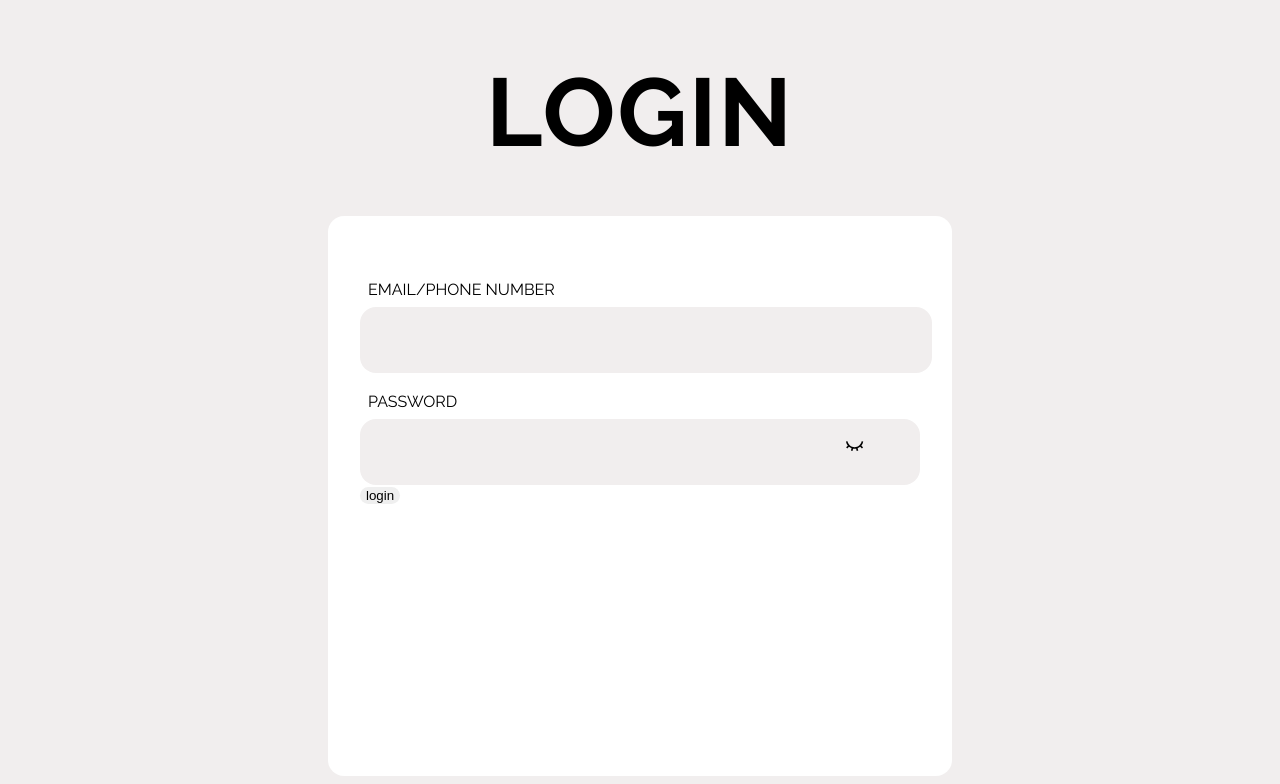
Repository: rehamtaher10/thirdReactTask
Page: /
These files come from the project's save history. The page is drawn as it stood at one moment and after the next save; the edit follows.
The browser window is 1280 px wide. The pictures show the whole page.
The project was rebuilt for these pictures with package versions that can differ from the ones it lists, and the page was loaded fresh each time. Also part of the build but not shown: vite.config.js, src/components/HomePage/Home.jsx, src/style/navBar.css, src/components/Navbar.jsx, src/components/Layout/Layout.jsx, src/components/AboutPage/About.jsx, src/style/contactUs.css, src/components/ContactUsPage/ContactUs.jsx and 2 more.

Above is the page before, as saved 2024-12-02 01:00:30.

### src/App.jsx
import React from "react";
import Home from "./components/HomePage/Home";
import { createBrowserRouter, RouterProvider } from "react-router-dom";
import Layout from "./components/Layout/Layout";
import About from "./components/AboutPage/About";
import ContactUs from "./components/ContactUsPage/ContactUs";
import Service from "./components/ServicePage/Service";
import LoginPage from "./components/loginPage/LoginPage"

export default function App() {
  const Routing = createBrowserRouter([
    { path: "", element: <LoginPage /> },
    {
      path: "home",
      element: <Layout />,
      // errorElement: <h1>404 Not Found</h1>,
      children: [
        { path: "", element: <Home /> },
        { path: "about", element: <About /> },
        { path: "service", element: <Service /> },
        {
          path: "contact",
          element: <ContactUs />,
          children: [
            { index: true, element: <h1>Contact us Form</h1> },
            { path: "location", element: <h1>Contact us Location</h1> },
            { path: "emails", element: <h1>Contact us Emails</h1> },
            { path: "phone-number", element: <h1>Phone Number</h1> },
          ],
        },
        { path: "*", element: <section>Not Found Page</section> },
      ],
    },
  ]);
  return <RouterProvider router={Routing} />;
}

### src/components/loginPage/LoginPage.jsx
import { Form, Formik } from "formik";
import React from "react";
import { useNavigate } from "react-router-dom";
import * as Yup from "yup";
import WrapperInput from "../wrapperInput/WrapperInput";
import "../../style/loginPage.css";
export default function LoginPage() {
  const navigate = useNavigate();

  const validationSchema = Yup.object({
    email: Yup.string()
      .email("Must Be Like E-mail Format")
      .required("E-mail is Requird"),
    password: Yup.string().min(7).max(15).required("Password is Requird"),
  });
  const initialValues = {
    email: "",
    password: "",
  };
  const onSubmit = (values) => {
    console.log(values);
    navigate("/home");
  };

  return (
    <div className="loginComponent">
      <h1>Login</h1>
      <Formik
        initialValues={initialValues}
        onSubmit={onSubmit}
        validationSchema={validationSchema}
      >
        <Form>

          <WrapperInput name={"email"} label="Email/PHONE NUMBER" isDefault />
          <br/>
          <WrapperInput name={"password"}  label="PASSWORD" isPassword />
          <button type="submit">login</button>
        </Form>
      </Formik>
    </div>
  );
}

### src/components/wrapperInput/WrapperInput.jsx
import { ErrorMessage, Field } from "formik";
import React from "react";
import ErrorMessageField from "./ErrorMessageField";
import { RiEyeLine, RiEyeCloseLine } from "react-icons/ri";
import { useState } from "react";

export default function WrapperInput({
  name,
  placeholder,
  isDefault,
  isPassword,
  label,
}) {
  const [showPassword, setShowPassword] = useState(false);

  const togglePasswordVisibility = () => {
    setShowPassword((prev) => !prev);
  };
  return (
    <div className="wrapper_input">
      {label && <label htmlFor={name}>{label}</label>}
      <br />
      {isDefault && <Field name={name} placeholder={placeholder} />}
      {isPassword && (
        <div className="password-wrapper">
          <Field id={name} name={name}>
            {({ field }) => (
              <input
                type={showPassword ? "text" : "password"}
                {...field}
                placeholder={placeholder}
                autoComplete="off" /* Disables browser icon */
                className="custom-password-input"
              />
            )}
          </Field>
          <button
            type="button"
            onClick={togglePasswordVisibility}
            className="toggle-password-btn"
            aria-label="Toggle password visibility"
          >
            {showPassword ? <RiEyeLine /> : <RiEyeCloseLine />}
          </button>
        </div>
      )}
      <ErrorMessage name={name} component={ErrorMessageField} />
    </div>
  );
}

// React Basics (Folder Structure - Components - Props - State)
// Style (External - Sass + Bem - Bootrstrap  - MUI)
// Hooks (UseState - UseEffect - UseContext - UseRef)
// Routes (React Router Dom)
// Formik + Yup
// State Management (React Query + Redux)

### src/style/loginPage.css
@import url('https://fonts.googleapis.com/css2?family=Raleway:ital,wght@0,100..900;1,100..900&display=swap');

body {
  background-color: rgb(241, 238, 238);
}
.loginComponent {
  display: flex;
  flex-direction: column;
  justify-content: center;
  align-items: center;
}
.loginComponent h1 {
  font-family: "Raleway", sans-serif;
  font-size: 6rem;
  text-transform: uppercase;
  letter-spacing: 2px;
  margin-block: 3rem;
}
.loginComponent form{
    font-family: "Raleway", sans-serif;
    background-color: white;
    width: 35rem;
    height: 27rem;
    border-radius: 1rem;
    padding-inline: 2rem;
    padding-block: 4rem;
}
.loginComponent form label{
    text-transform: uppercase;
    padding-inline: .5rem;
}
.loginComponent form input{
    width: 100%;
    height: 4rem;
    background-color: rgb(241, 238, 238);
    border: none;
    border-radius: 1rem;
    margin-top: .5rem;
    padding-inline-start: 10px;
}
.loginComponent form button{
    border: none;
    border-radius: 2rem;

}
.error {
    color: #ba1420;
  }
  .password-wrapper {
    position: relative;
    display: flex;
    align-items: center;
  }

  .toggle-password-btn {
    position: absolute;
    right: 50px;
    background: none;
    border: none;
    cursor: pointer;
    font-size: 1.2rem;
  }
  .custom-password-input::-ms-reveal,
  .custom-password-input::-ms-clear {
    display: none;
  }

  .custom-password-input::-webkit-inner-spin-button,
  .custom-password-input::-webkit-outer-spin-button,
  .custom-password-input::-webkit-textfield-decoration-container {
    display: none;
  }

  .custom-password-input {
    -webkit-text-security: none; /* Removes browser styling */
  }

Loaded but not shown: index.html (common file); src/main.jsx (common file)

After the next save:
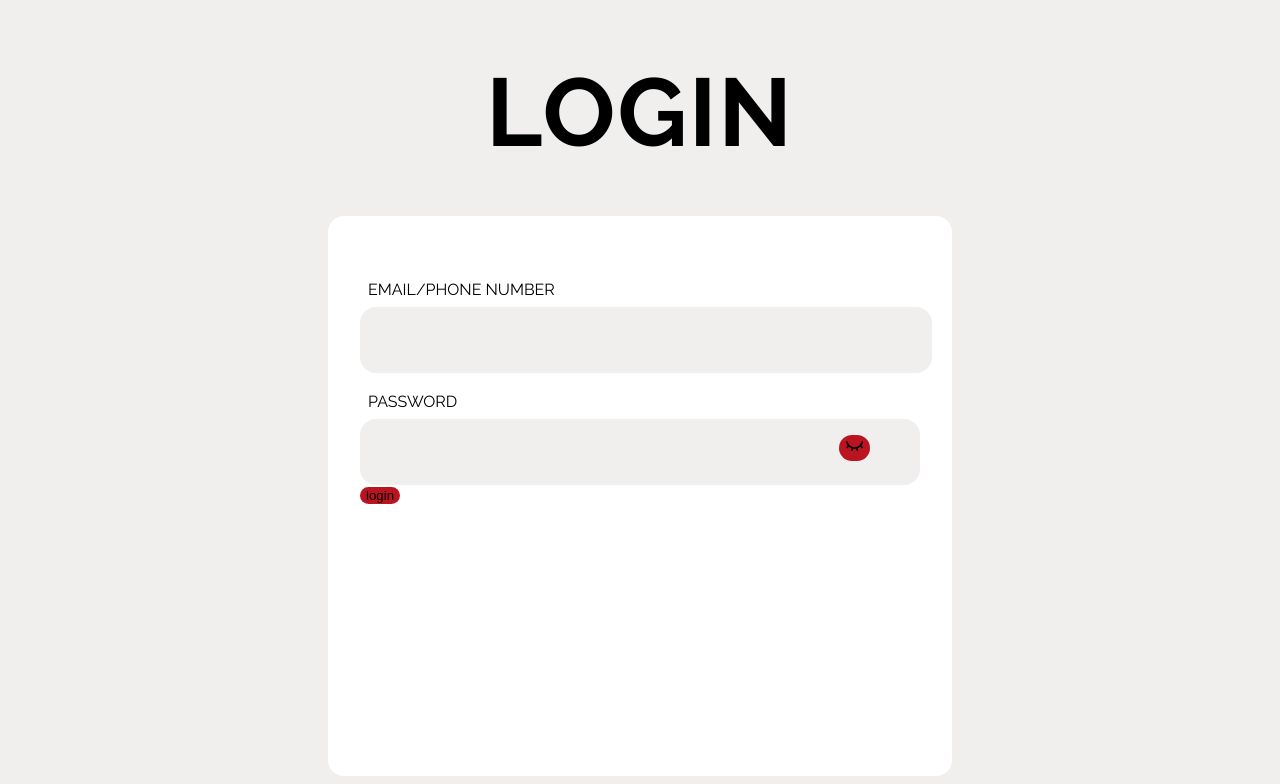
Saved 4 s later.
--- a/src/style/loginPage.css
+++ b/src/style/loginPage.css
@@ -41,7 +41,7 @@ body {
 .loginComponent form button{
     border: none;
     border-radius: 2rem;
-
+    background-color: #ba1420;
 }
 .error {
     color: #ba1420;
